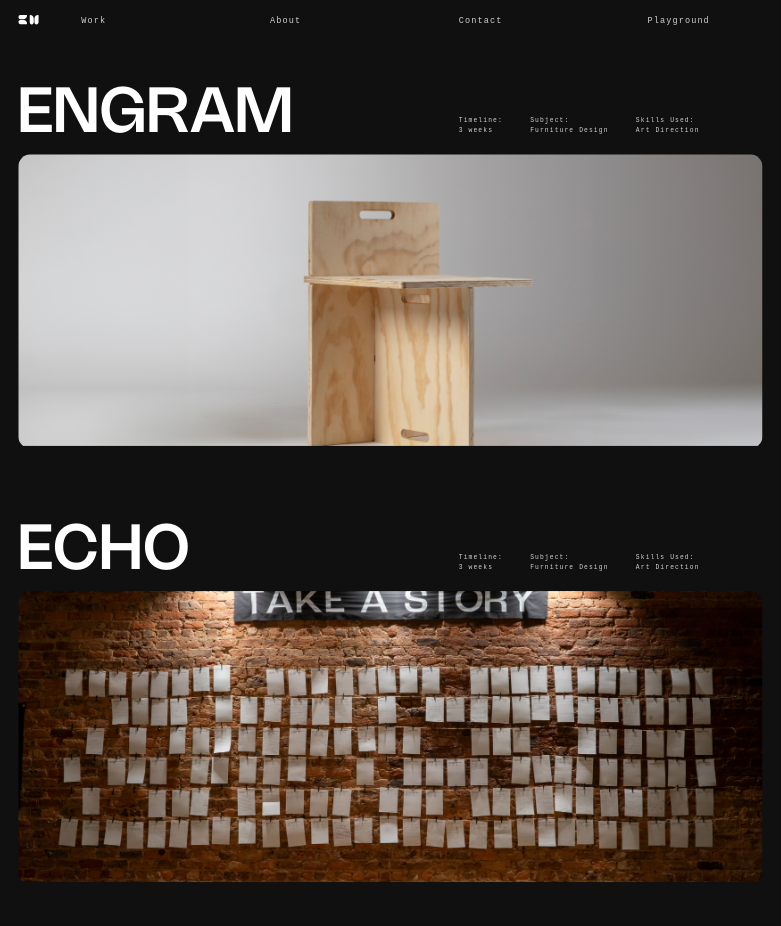
Repository: theethanwright/ethan_wright_portfolio
Page: work.html
An editor plug-in stored every save of this project. The page is shown before and after the next save, followed by the edit.
The browser window is 1280 px wide. The pictures show the whole page, at 61% of full size.

Above is the page before, as saved 2023-12-26 21:47:57.

After the next save:
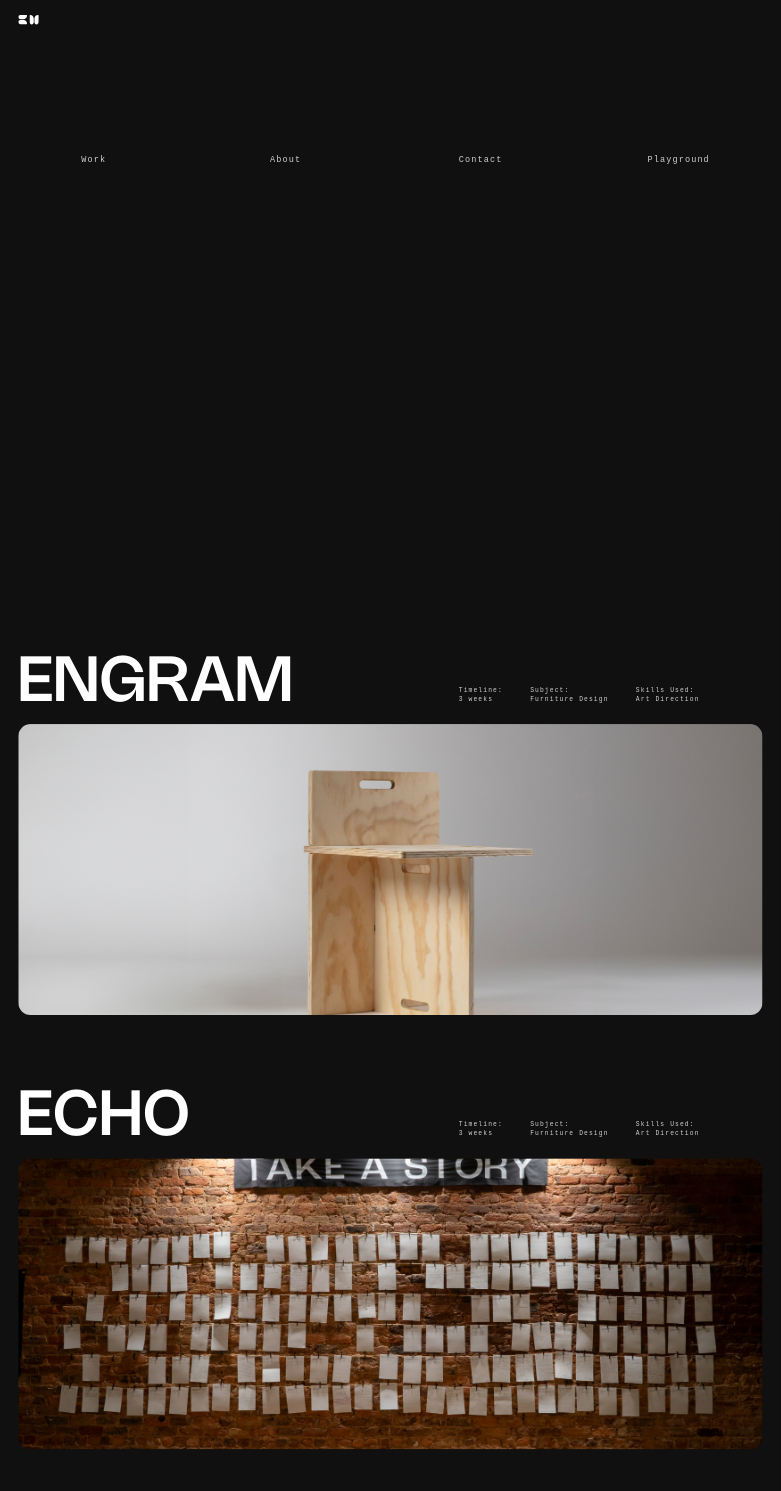
Saved 89 s later.
--- a/work/main.css
+++ b/work/main.css
@@ -44,12 +44,13 @@
   a {
     text-decoration: none;
     border-radius: 20px;
+    height: 66.293vh;
   }
 
   img {
     box-sizing: border-box;
     width: 100%;
-    height: 66.293vh;
+    height: 100%;
     object-fit: cover;
     transition: all 1s;
   }

After the save that followed:
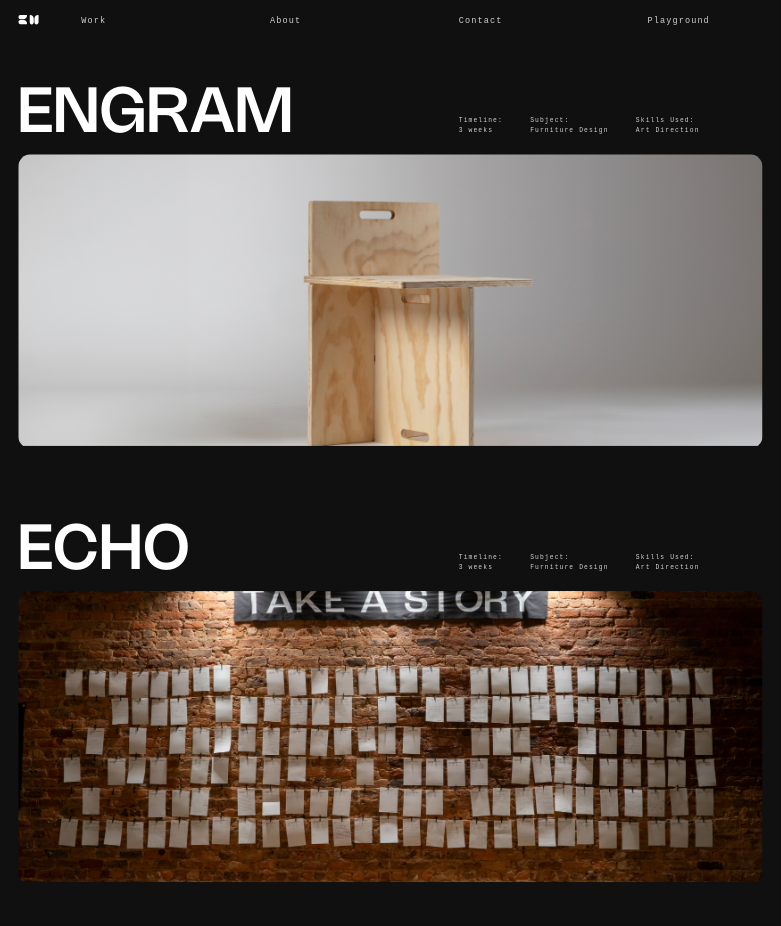
Saved 11 s later.
--- a/work/main.css
+++ b/work/main.css
@@ -44,13 +44,12 @@
   a {
     text-decoration: none;
     border-radius: 20px;
-    height: 66.293vh;
   }
 
   img {
     box-sizing: border-box;
     width: 100%;
-    height: 100%;
+    height: 66.293vh;
     object-fit: cover;
     transition: all 1s;
   }
